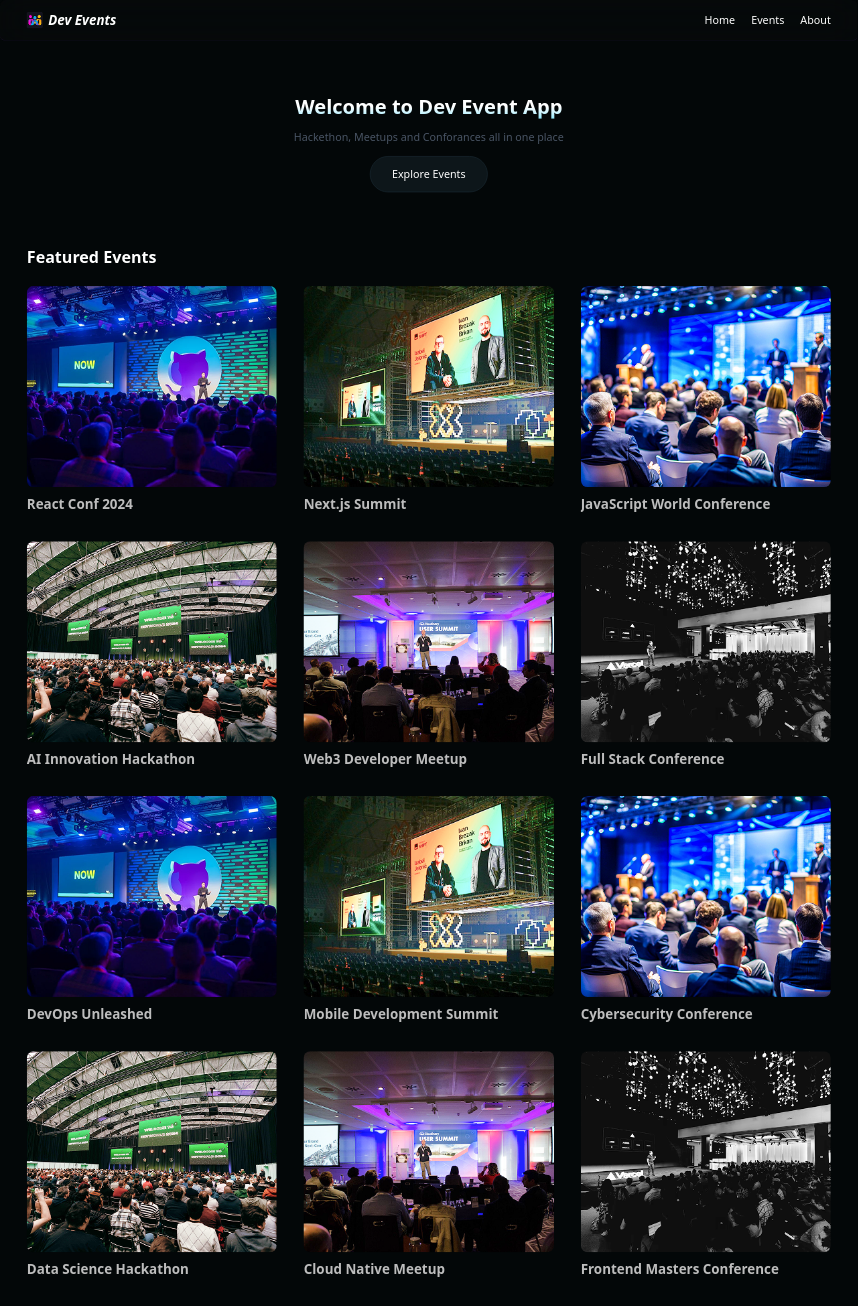
Repository: harshhariyani404/dev-events
Page: /
An editor plug-in stored every save of this project. The page is shown before and after the next save, followed by the edit.
The browser window is 1280 px wide. The pictures show the whole page, at 67% of full size.
The project was rebuilt for these pictures with package versions that can differ from the ones it lists, and the page was loaded fresh each time. The framework's server and built-in components were replaced by stand-ins that run in the browser. Also part of the build but not shown: next.config.ts.

Above is the page before, as saved 2026-02-06 16:03:50.

### app/layout.tsx
import type { Metadata } from "next";
import { Geist, Geist_Mono } from "next/font/google";
import "./globals.css";
import Navbar from "./components/Navbar";

const geistSans = Geist({
  variable: "--font-geist-sans",
  subsets: ["latin"],
});

const geistMono = Geist_Mono({
  variable: "--font-geist-mono",
  subsets: ["latin"],
});

export const metadata: Metadata = {
  title: "Dev Event App",
  description: "Generated by create next app",
};

export default function RootLayout({
  children,
}: Readonly<{
  children: React.ReactNode;
}>) {
  return (
    <html lang="en">
      <body
        className={`${geistSans.variable} ${geistMono.variable} antialiased`}
      >
        <Navbar />
        <main>
          {children}
        </main>

      </body>
    </html>
  );
}

### app/page.tsx
import Exploarbtn from "./components/Exploarbtn";
import EventCard from "./components/EventCard";
import { events } from "./lib/constants";

const page = () => {
  return (
    <section>
      <h1 className="text-3xl font-bold text-center mt-10">Welcome to Dev Event App</h1>
      <p className="text-center mt-4 text-gray-600">Hackethon, Meetups and Conforances all in one place</p>
      <Exploarbtn />
      <div className="mt-20 space-y-7">
        <h3>Featured Events</h3>
        <ul className="events">
          {events.map((event) => (
            <div key={event.title}>
              <EventCard {...event} />
            </div>
          ))}

        </ul>
      </div>
    </section>
  );
}

export default page;

### app/components/Navbar.tsx
import Link from "next/link";
import Image from "next/image";
import logo from '../../public/icons/logo.png';
const Navbar = () => {
  return (
    <header>
        <nav>
            <Link href="/" className="logo">
                <Image src={logo} alt="logo" width={24} height={24} />
                <p>Dev Events</p>
            </Link>
            <ul>
                <Link href="/">Home</Link>
                <Link href="/events">Events</Link>
                <Link href="/about">About</Link>
            </ul>
        </nav>
    </header>
  );
}

export default Navbar;

### app/components/Exploarbtn.tsx
'use client';
import Link from "next/link";
const Exploarbtn = () => {
  return (
    <div>
      <button type="button" id="explore-btn" className="mt-4 mx-auto"  onClick={()=>console.log('hello world')}>
        <Link href='#events'>
            Explore Events
        </Link>
      </button>
    </div>
  );
}

export default Exploarbtn;

### app/components/EventCard.tsx
import Link from "next/link";
import Image from "next/image";
interface Props{
    image:string;
    title:string;
    slug:string;
    location:string;
    date:string;
    time:string;
}
const EventCard = ({ title, image , slug, location, date, time }:Props) => {
  return (
    <div>
      <Link href={`/events/${slug}`} id='event-card'>
        <Image src={image} alt={title} width={400} height={300} className="poster"/>
        <p className="title">{title}</p>


      </Link>
    </div>
  );
}

export default EventCard;

### app/lib/constants.ts
export type EventItems = {
    slug: string;
    image: string;
    title: string;
    location: string;
    date: string;
    time: string;
}


export const events: EventItems[] = [
    {
        slug: "react-conf-2024",
        image: "/images/event1.png",
        title: "React Conf 2024",
        location: "San Francisco, CA",
        date: "March 15, 2024",
        time: "9:00 AM - 6:00 PM",
    },
    {
        slug: "nextjs-summit",
        image: "/images/event2.png",
        title: "Next.js Summit",
        location: "Austin, TX",
        date: "April 22, 2024",
        time: "10:00 AM - 5:00 PM",
    },
    {
        slug: "javascript-world",
        image: "/images/event3.png",
        title: "JavaScript World Conference",
        location: "New York, NY",
        date: "May 8, 2024",
        time: "8:30 AM - 7:00 PM",
    },
    {
        slug: "ai-hackathon-2024",
        image: "/images/event4.png",
        title: "AI Innovation Hackathon",
        location: "Seattle, WA",
        date: "June 14-16, 2024",
        time: "48 Hours",
    },
    {
        slug: "web3-developer-meetup",
        image: "/images/event5.png",
        title: "Web3 Developer Meetup",
        location: "Miami, FL",
        date: "July 20, 2024",
        time: "6:00 PM - 9:00 PM",
    },
    {
        slug: "fullstack-conference",
        image: "/images/event6.png",
        title: "Full Stack Conference",
        location: "Denver, CO",
        date: "August 12, 2024",
        time: "9:00 AM - 6:00 PM",
    },
    {
        slug: "devops-unleashed",
        image: "/images/event1.png",
        title: "DevOps Unleashed",
        location: "Chicago, IL",
        date: "September 5, 2024",
        time: "8:00 AM - 5:30 PM",
    },
    {
        slug: "mobile-dev-summit",
        image: "/images/event2.png",
        title: "Mobile Development Summit",
        location: "Los Angeles, CA",
        date: "October 18, 2024",
        time: "9:30 AM - 6:00 PM",
    },
    {
        slug: "cybersecurity-conference",
        image: "/images/event3.png",
        title: "Cybersecurity Conference",
        location: "Boston, MA",
        date: "November 2, 2024",
        time: "8:00 AM - 7:00 PM",
    },
    {
        slug: "data-science-hackathon",
        image: "/images/event4.png",
        title: "Data Science Hackathon",
        location: "San Diego, CA",
        date: "December 7-9, 2024",
        time: "72 Hours",
    },
    {
        slug: "cloud-native-meetup",
        image: "/images/event5.png",
        title: "Cloud Native Meetup",
        location: "Portland, OR",
        date: "January 15, 2025",
        time: "6:30 PM - 9:00 PM",
    },
    {
        slug: "frontend-masters",
        image: "/images/event6.png",
        title: "Frontend Masters Conference",
        location: "Nashville, TN",
        date: "February 28, 2025",
        time: "9:00 AM - 5:00 PM",
    },
];

Loaded but not shown: app/globals.css (common file)

After the next save:
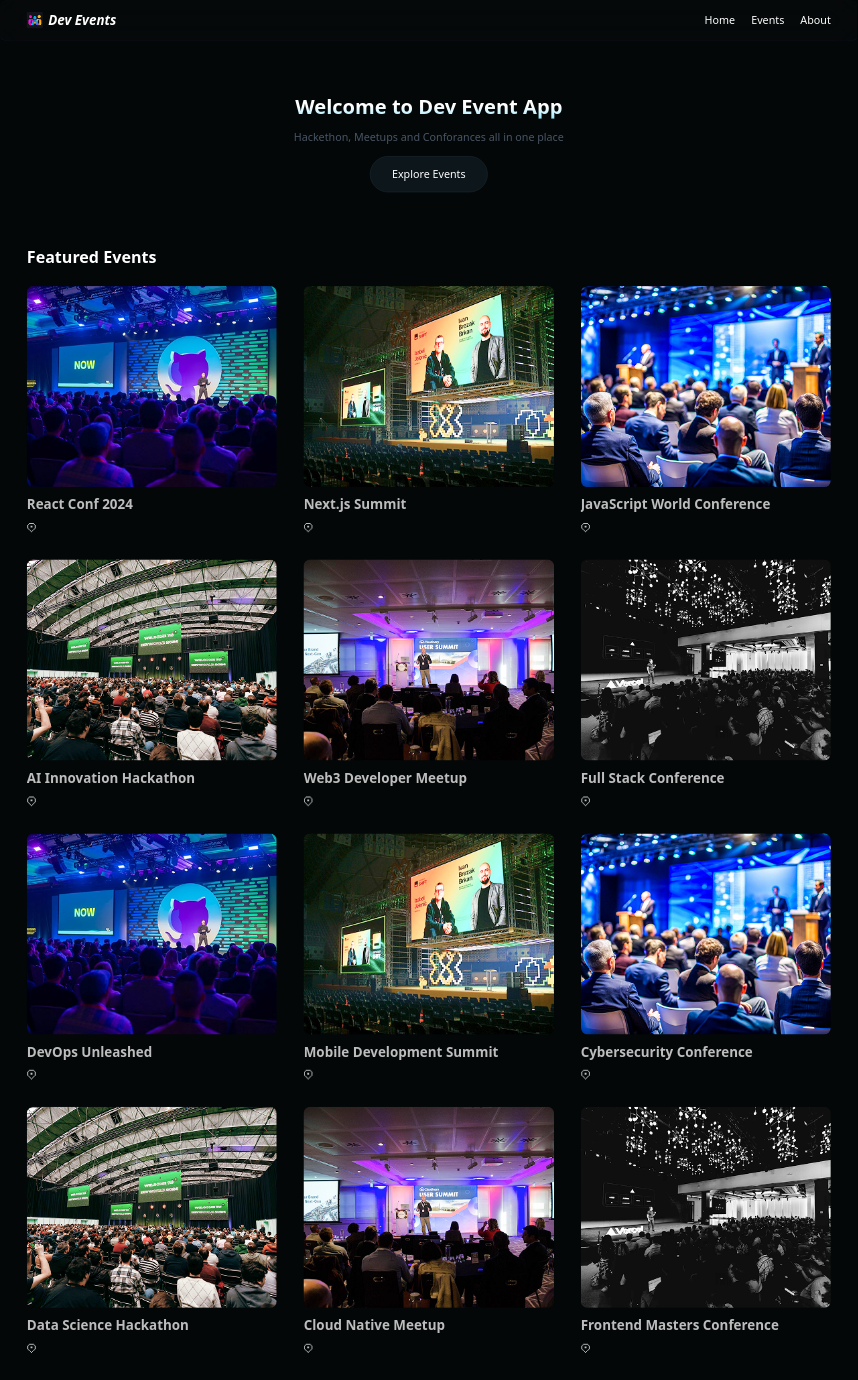
Saved 3 min 59 s later.
--- a/app/components/EventCard.tsx
+++ b/app/components/EventCard.tsx
@@ -14,6 +14,10 @@
       <Link href={`/events/${slug}`} id='event-card'>
         <Image src={image} alt={title} width={400} height={300} className="poster"/>
         <p className="title">{title}</p>
+        <div className="flex flex-row gap-2">
+            <Image src="/icons/pin.svg" alt='location' width={14} height={14}/>
+        </div>
+
 
 
       </Link>
